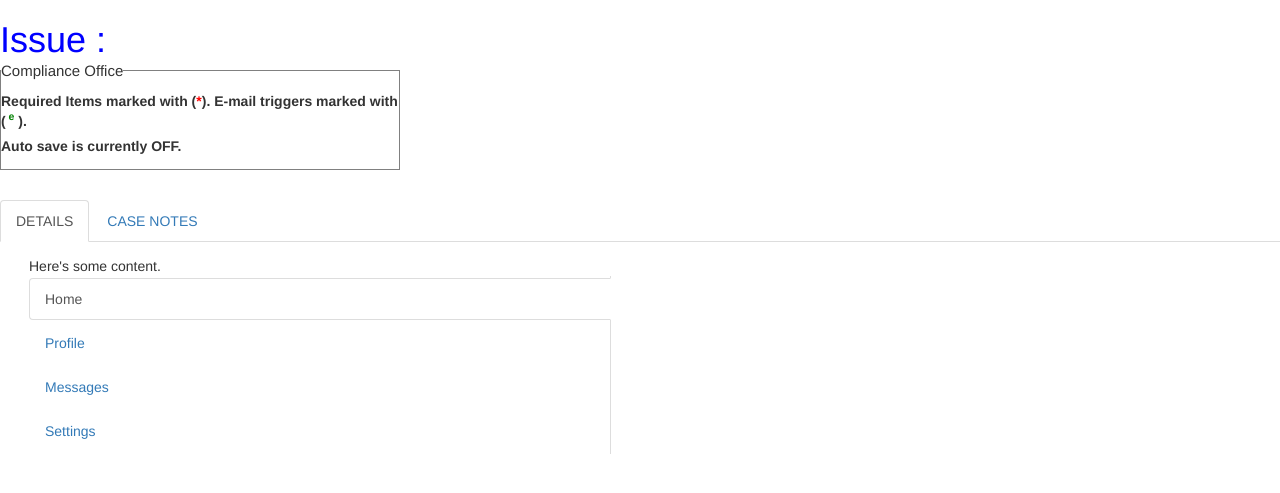
Repository: ManjushaDaram/LibraryPramati
Page: /
These files come from the project's save history. The page is drawn as it stood at one moment and after the next save; the edit follows.
The browser window is 1280 px wide. The pictures show the whole page.
The project was rebuilt for these pictures with package versions that can differ from the ones it lists, and the page was loaded fresh each time. Also part of the build but not shown: angular.json.

Above is the page before, as saved 2019-04-18 12:20:24.

### src/index.html
<!doctype html>
<html lang="en">
<head>
  <meta charset="utf-8">
  <title>PramatiLibrary</title>
  <base href="/">

  <meta name="viewport" content="width=device-width, initial-scale=1">
  <link rel="icon" type="image/x-icon" href="favicon.ico">
</head>
<body>
  <app-root></app-root>
</body>
</html>

### src/app/app.module.ts
import { BrowserModule } from '@angular/platform-browser';
import { NgModule } from '@angular/core';

import { AppRoutingModule } from './app-routing.module';
import { AppComponent } from './app.component';
import { AddissueComponent } from './AddIssue/addissue/addissue.component';
import {Tab} from './AddIssue/addissue/tabs/tab.component';
import {Tabs} from './AddIssue/addissue/tabs/tabs.component';

@NgModule({
  declarations: [
    AppComponent,
    AddissueComponent,Tab,Tabs
  ],
  imports: [
    BrowserModule,
    AppRoutingModule
  ],
  providers: [],
  bootstrap: [AppComponent]
})
export class AppModule { }

### src/app/app.component.ts
import { Component } from '@angular/core';

@Component({
  selector: 'app-root',
  templateUrl: './app.component.html',
  styleUrls: ['./app.component.css']
})
export class AppComponent {
  title = 'PramatiLibrary';
}

### src/app/AddIssue/addissue/addissue.component.ts
import { Component, OnInit } from '@angular/core';
import {} from './tabs/tabs.component';

@Component({
  selector: 'app-addissue',
  templateUrl: './addissue.component.html',
  styleUrls: ['./addissue.component.css']
})
export class AddissueComponent implements OnInit {

  constructor() { }

  ngOnInit() {
  }

}

### src/app/AddIssue/addissue/tabs/tab.component.ts
import { Component, Input } from '@angular/core';

@Component({
  selector: 'tab',
  styles: [`
    .pane{
      padding: 1em;
    }
  `],
  template: `
    <div [hidden]="!active" class="pane">
      <ng-content></ng-content>
    </div>
  `
})
export class Tab {
  @Input('tabTitle') title: string;
  @Input() active = false;
}

### src/app/AddIssue/addissue/tabs/tabs.component.ts
import { Component, ContentChildren, QueryList, AfterContentInit } from '@angular/core';
import { Tab } from './tab.component';

@Component({
  selector: 'tabs',
  template:`
    <ul class="nav nav-tabs">
      <li *ngFor="let tab of tabs" (click)="selectTab(tab)" [class.active]="tab.active">
        <a href="#">{{tab.title}}</a>
      </li>
    </ul>
    <ng-content></ng-content>
  `
})
export class Tabs implements AfterContentInit {

  @ContentChildren(Tab) tabs: QueryList<Tab>;

  // contentChildren are set
  ngAfterContentInit() {
    // get all active tabs
    let activeTabs = this.tabs.filter((tab)=>tab.active);

    // if there is no active tab set, activate the first
    if(activeTabs.length === 0) {
      this.selectTab(this.tabs.first);
    }
  }

  selectTab(tab: Tab){
    // deactivate all tabs
    this.tabs.toArray().forEach(tab => tab.active = false);

    // activate the tab the user has clicked on.
    tab.active = true;
  }

}

### src/app/app.component.html
<!--The content below is only a placeholder and can be replaced.-->
<app-addissue></app-addissue>
<router-outlet></router-outlet>

### src/app/AddIssue/addissue/addissue.component.html
<div class="inline">
<h1 style="color: blue">Issue :</h1>
</div>

<div id="inlineWord">
  <h3><span>Compliance Office</span></h3>
  <div>
    <label>Required Items marked with (<span style="color: red">*</span>). E-mail triggers marked with (<sup><span style="color:green"> e</span></sup> ).</label>
  </div>
  <div>
    <label>
      Auto save is currently <strong>OFF.</strong>
    </label>
  </div>
</div>

<div style="margin-top: 30px">
  <tabs>
    <tab tabTitle="DETAILS" class="col-md-6">
      Here's some content.
      <div >
          <ul class="nav nav-tabs tabs-left">
            <li class="active"><a href="#home" data-toggle="tab">Home</a></li>
            <li><a href="#profile" data-toggle="tab">Profile</a></li>
            <li><a href="#messages" data-toggle="tab">Messages</a></li>
            <li><a href="#settings" data-toggle="tab">Settings</a></li>
        </ul>
      </div>
    </tab>
    <tab tabTitle="CASE NOTES">
      And here's more in another tab.
    </tab>
  </tabs>
</div>

### src/app/AddIssue/addissue/addissue.component.css
#inlineWord{
  border: 1px solid grey;
  width: 400px;
  height: 100px;
}

#inlineWord h3{
  text-align: left;
  margin-top: -10px;
  height: 20px;
  line-height: 20px;
  font-size: 15px;
}

#inlineWord h3 span{
  background-color: white;
}

/* div{
  margin-left: 10px
} */


.tabs-left {
  border-bottom: none;
  padding-top: 2px;
}
.tabs-left {
  border-right: 1px solid #ddd;
}

.tabs-left>li, .tabs-right>li {
  float: none;
  margin-bottom: 2px;
}
.tabs-left>li {
  margin-right: -1px;
}
.tabs-right>li {
  margin-left: -1px;
}
.tabs-left>li.active>a,
.tabs-left>li.active>a:hover,
.tabs-left>li.active>a:focus {
  border-bottom-color: #ddd;
  border-right-color: transparent;
}


.tabs-left>li>a {
  border-radius: 4px 0 0 4px;
  margin-right: 0;
  display:block;
}

.vertical-text {
  margin-top:50px;
  border: none;
  position: relative;
}
.vertical-text>li {
  height: 20px;
  width: 120px;
  margin-bottom: 100px;
}
.vertical-text>li>a {
  border-bottom: 1px solid #ddd;
  border-right-color: transparent;
  text-align: center;
  border-radius: 4px 4px 0px 0px;
}
.vertical-text>li.active>a,
.vertical-text>li.active>a:hover,
.vertical-text>li.active>a:focus {
  border-bottom-color: transparent;
  border-right-color: #ddd;
  border-left-color: #ddd;
}

Loaded but not shown: src/styles.css (common file); src/main.ts (common file); src/environments/environment.ts (common file); src/app/app-routing.module.ts (common file); src/app/app.component.css (no stored copy; drawn as an empty file)

After the next save:
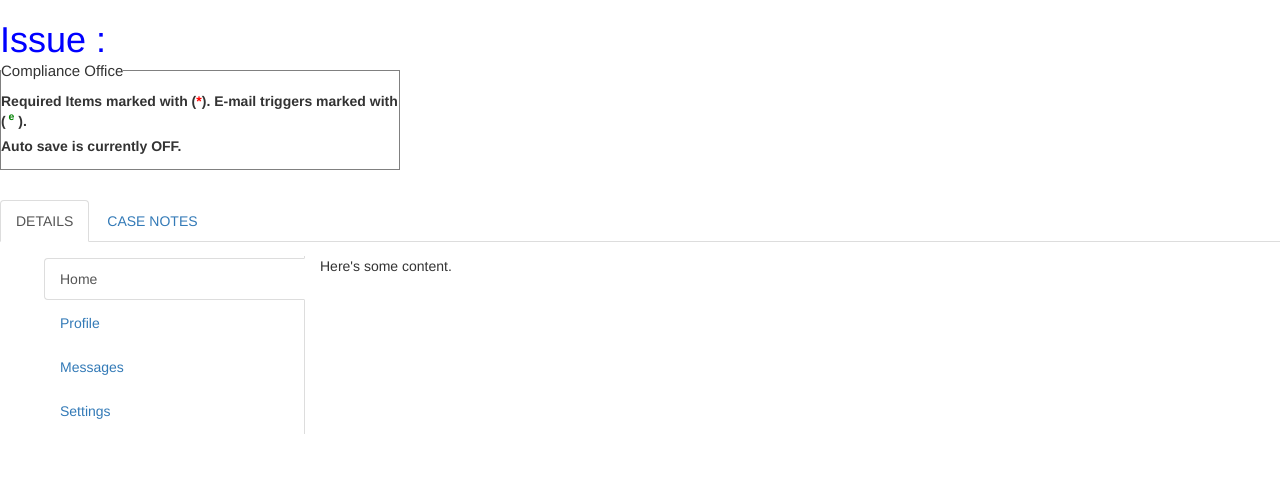
Saved 20 s later.
--- a/src/app/AddIssue/addissue/addissue.component.html
+++ b/src/app/AddIssue/addissue/addissue.component.html
@@ -18,7 +18,7 @@
   <tabs>
     <tab tabTitle="DETAILS" class="col-md-6">
       Here's some content.
-      <div >
+      <div class="col-md-6">
           <ul class="nav nav-tabs tabs-left">
             <li class="active"><a href="#home" data-toggle="tab">Home</a></li>
             <li><a href="#profile" data-toggle="tab">Profile</a></li>
